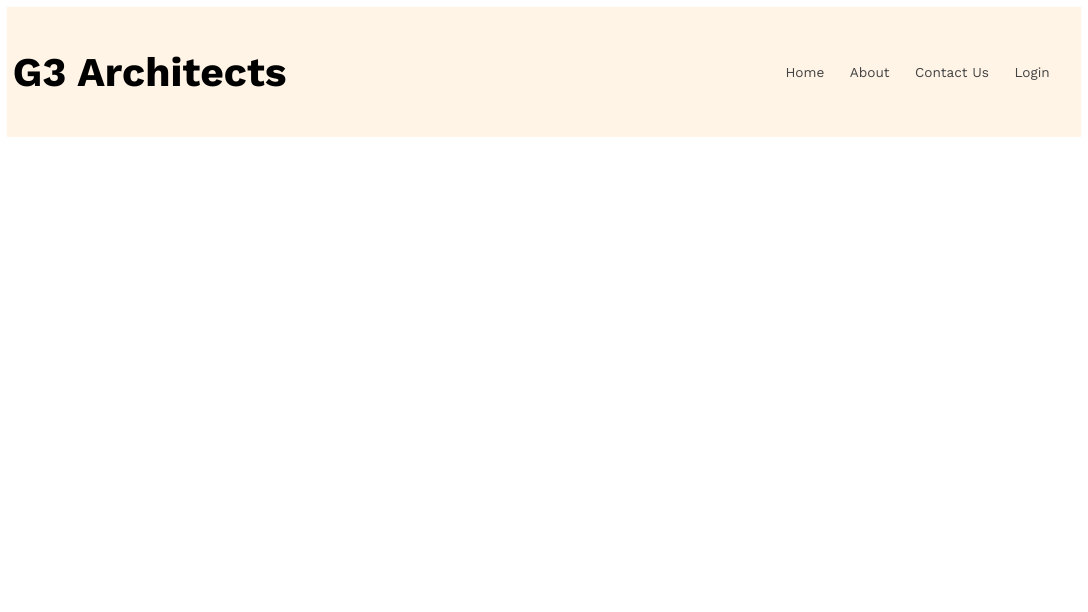
Repository: dollyrakhe22/g3-architects-website
Page: index.html
The author's editor kept a copy of each file at every save. The page is drawn from the files as they stood at one save, then again after the next save.
The browser window is 1280 px wide. The pictures show the whole page, at 85% of full size.

Above is the page before, as saved 2025-07-18 16:59:02.

After the next save:
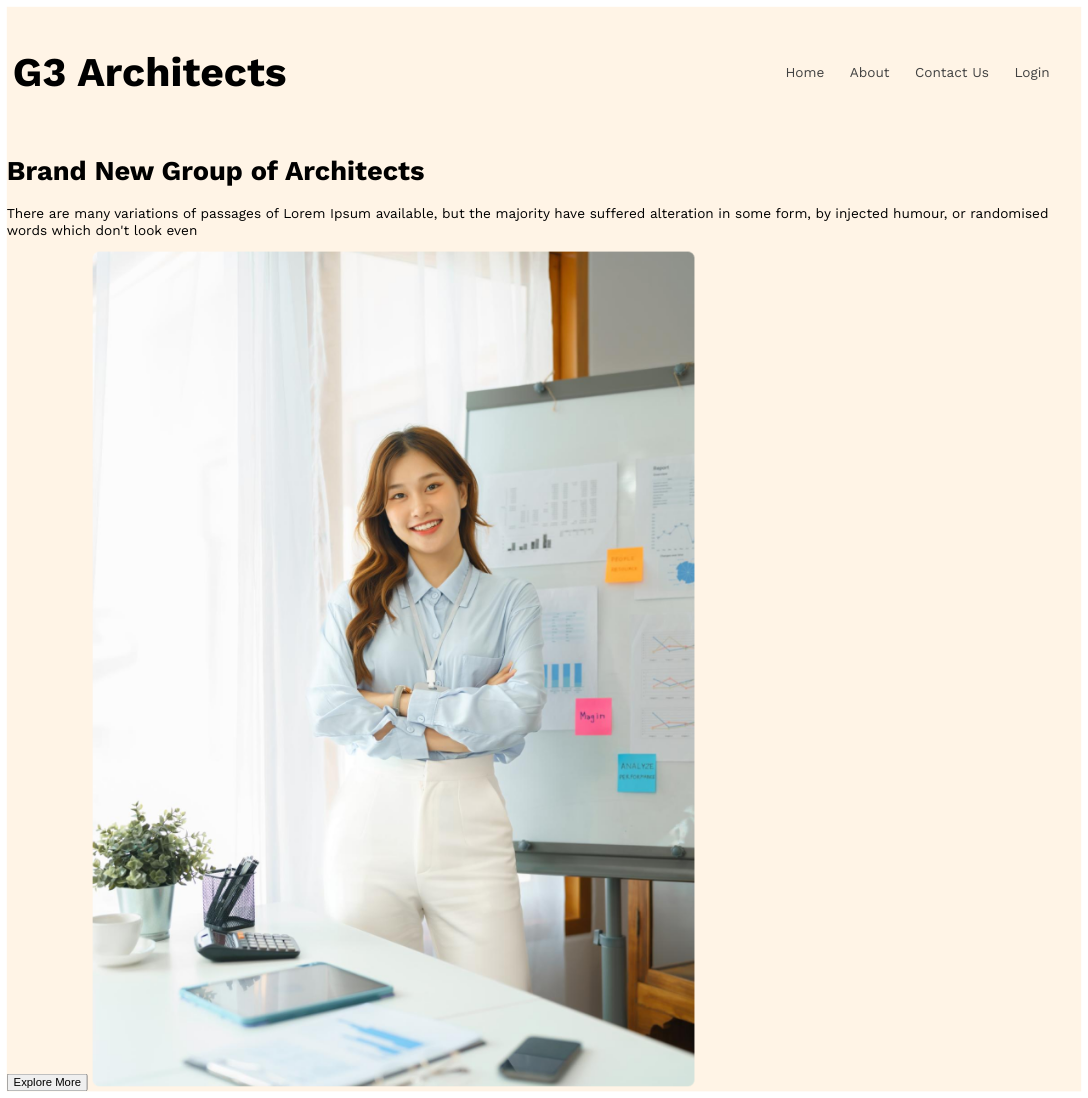
Saved 6 min 35 s later.
--- a/index.html
+++ b/index.html
@@ -18,7 +18,11 @@
              </ul>
            </nav>
            <div class="banner">
-
+            <h1 class="banner-title">Brand New Group of Architects </h1>
+            <p class="banner-description">There are many variations of passages of Lorem Ipsum available, but the majority have suffered alteration in some form, by injected humour,
+              or randomised words which don't look even</p>
+            <button>Explore More</button>
+            <img src="images/architect.png" alt="" srcset="">
            </div>
     </header>
     <main>
